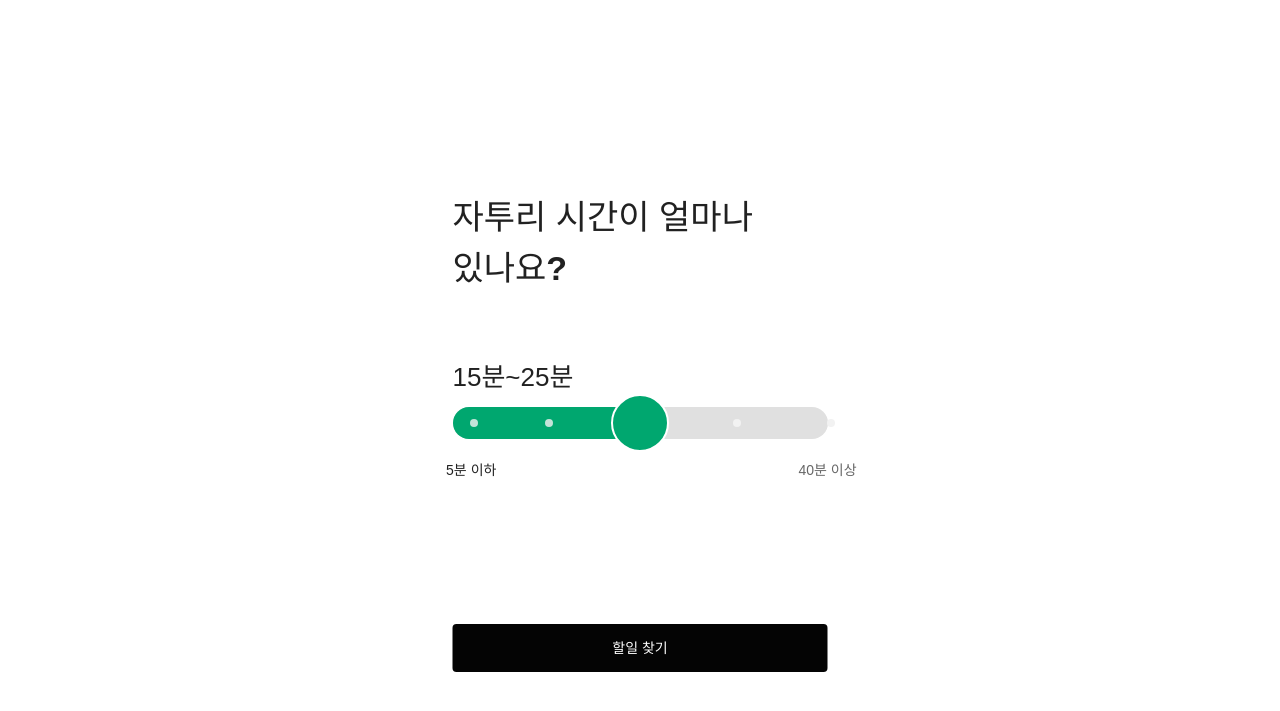
Repository: Tickley-Team/Tickley
Page: /survey
The author's editor kept a copy of each file at every save. The page is drawn from the files as they stood at one save, then again after the next save.
The browser window is 1280 px wide. The pictures show the whole page.
The project was rebuilt for these pictures with package versions that can differ from the ones it lists, and the page was loaded fresh each time. Also part of the build but not shown: vite.config.ts, src/components/BottomNavbar.css, src/components/BottomNavbar.tsx, src/hooks/useLocalStorage.ts, src/stores/timeLeftStore.ts, src/utils.ts, src/components/BasicDialog.tsx, src/pages/Todos.tsx and 12 more.

Above is the page before, as saved 2024-12-09 17:42:07.

After the next save:
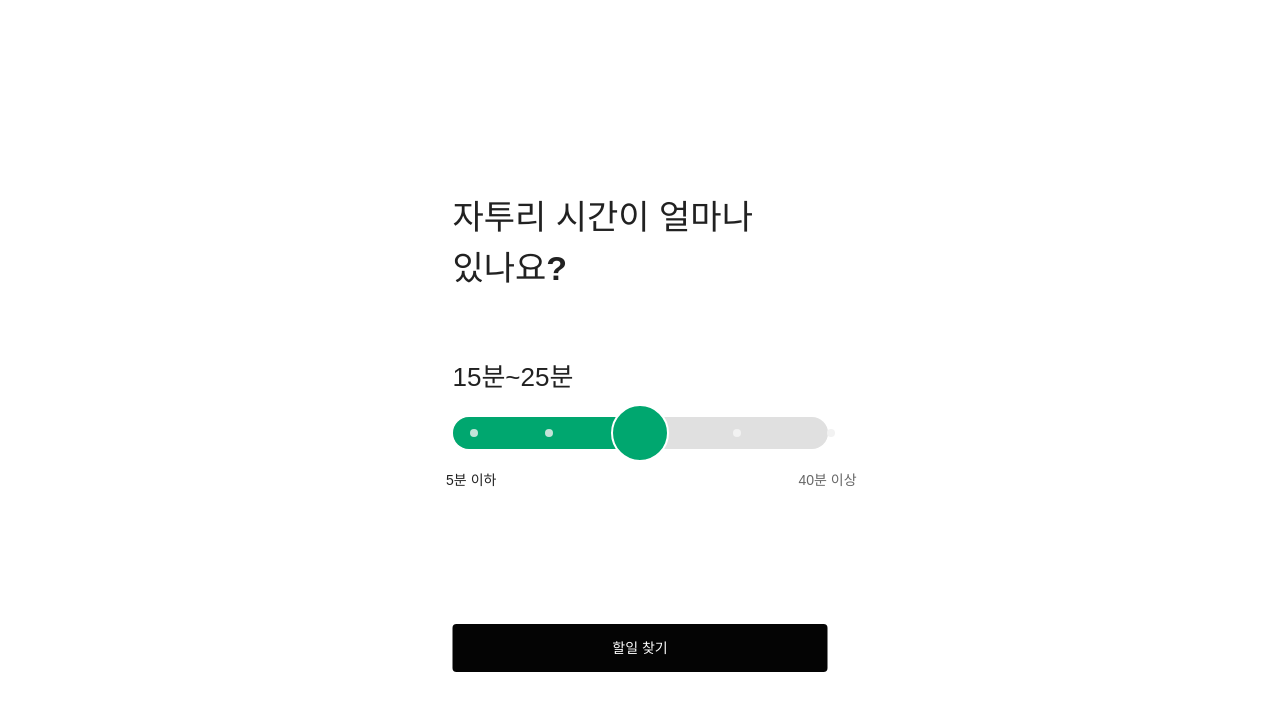
Saved 9 s later.
--- a/src/components/RangeSlider.tsx
+++ b/src/components/RangeSlider.tsx
@@ -44,7 +44,7 @@
 const CustomSlider = styled(Slider)({
   height: 32,
   padding: 0,
-  marginTop: 10,
+  marginTop: 20,
   borderRadius: 9999,
   '& .MuiSlider-rail': {
     opacity: 1,
